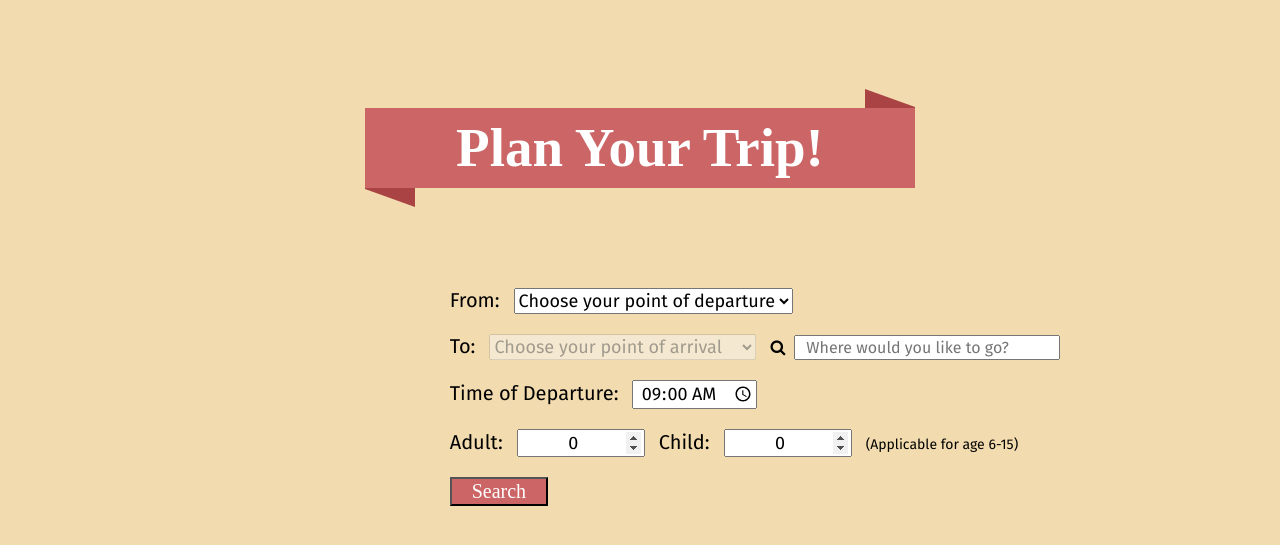
Repository: bbh0607/bae_dNation
Page: public/index.html
The author's editor kept a copy of each file at every save. The page is drawn from the files as they stood at one save, then again after the next save.
The browser window is 1280 px wide. The pictures show the whole page.
Some web fonts or font styles are not loaded; a fallback is used.

Above is the page before, as saved 2020-02-01 16:01:20.

### public/index.html
<!DOCTYPE html>
<html lang="en">
  <head>
    <meta charset="UTF-8" />
    <link rel="stylesheet" type="text/css" href="./css/style.css" />
    <link rel="stylesheet" href="https://fonts.googleapis.com/css?family=Fira+Sans">
    <link rel="stylesheet" href="https://cdnjs.cloudflare.com/ajax/libs/font-awesome/4.7.0/css/font-awesome.min.css">
    <script src="js/script.js"></script>
    <title>My Website</title>
  </head>
  <body>
    <h1>Plan Your Trip!</h1>
    <form action="result.html" method="POST">
      <ul>
        <li>
          <label for="from">From:</label>
          <select id="fromSelect" name="from" onchange="removeDuplicate(this)" required>
            <option value="DEFAULT" selected disabled hidden>Choose your point of departure</option>
            <option value="KLIA">KLIA (KL International Airport)</option>
            <option value="KLIA2">KLIA2 (Airport Terminal 2)</option>
            <option value="SENTRAL">KL Sentral</option>
            <option value="OTHER">Other..</option>
          </select>
          <span class="fromSearch" hidden>
            <i class="fa fa-search icon"></i>
            <input type="text" name="search" placeholder="Where would you like to start?">
          </span>
        </li>
        <li>
          <label for="to">To:</label>
          <select id="toSelect" name="to" onchange="removeDuplicate(this)" disabled required>
            <option value="DEFAULT" selected disabled hidden>Choose your point of arrival</option>
            <option value="KLIA">KLIA (KL International Airport)</option>
            <option value="KLIA2">KLIA2 (Airport Terminal 2)</option>
            <option value="SENTRAL">KL Sentral</option>
            <option value="OTHER">Other..</option>
          </select>
          <span class="toSearch" >
            <i class="fa fa-search icon"></i>
            <input type="text" name="search" placeholder="Where would you like to go?">
          </span>
        </li>
        <li>
          <label for="deptime">Time of Departure:</label>
          <input type="time" id="deptime" name="deptime" value="09:00" required>
        </li>
        <li>
          <label for="adult">Adult:</label>
          <input type="number" id="adult" name="adult" value="0" min='0' required>
          <label for="child">Child:</label>
          <input type="number" id="child" name="child" value="0" min='0' required>
          <small>(Applicable for age 6-15)</small>
        </li>
        <li>
          <input type="submit" value="Search">
        </li>
      </ul>
    </form a>
  </body>
</html>

### public/css/style.css
/* body {
  background-color: aquamarine;
} */

@import url(https://fonts.googleapis.com/css?family=Patua+One);

body {
  background-color:#F2DBAE;
  align-content: center;
}

h1 {
  background-color:#c66;
  width:550px; height:80px;
  line-height:80px;
  font-size:55px;
  text-align:center;
  position:relative;
  margin:100px auto;
  font-family: 'Patua One', cursive;
  color:#fff;
  }

h1:before, h1:after {
  background-color:#a44;
  width:50px; height:80px;
  content:'';
  display:block;
  transform:skewY(20deg);
  position:absolute;
  z-index:-1;
}

h1:before {top:10px; left:0; }
h1:after {top:-10px; right:0; }

label {
  font-size: 20px;
  font-family: "Fira Sans", sans-serif;
  margin-right: 10px;
}

ul {
  list-style-type: none;
  justify-self: center;
  margin-left: 200px;
}

li {
  margin-top: 20px;
}

select {
  font-family: "Fira Sans", sans-serif;
  font-size: 18px;
  margin-right: 10px;
}

input[type="submit"]{
  background-color: #c66;
  color: #fff;
  font-size: 20px;
  font-family: 'Patua One', cursive;
  padding-left: 20px;
  padding-right: 20px;
}

input[type="time"], input[type="number"]{
  width: 120px;
  text-align: center;
  font-family: "Fira Sans", sans-serif;
  font-size: 18px;
  margin-right: 10px;
}

input[type="text"] {
  width: 250px;
  font-family: "Fira Sans", sans-serif;
  font-size: 16px;
  margin-right: 10px;
  padding-left: 10px;
}

small {
  font-family: "Fira Sans", sans-serif;
  font-size: 14px;
}

input[type='number']::-webkit-inner-spin-button,
input[type='number']::-webkit-outer-spin-button {
    opacity: 1;
}

input[type='time']::-webkit-inner-spin-button,
input[type='time']::-webkit-outer-spin-button {
    opacity: 1;
}

.icon{
  margin-right: 5px;
}

### public/js/script.js
function removeDuplicate(element) {
    const changedId = element.id;
    const comparisonId = changedId == 'fromSelect'? 'toSelect': 'fromSelect';
    const changed = document.getElementById(changedId);
    const compare = document.getElementById(comparisonId);

    if (
      changed.options[changed.selectedIndex].value ===
      compare.options[compare.selectedIndex].value
    ) compare.value="DEFAULT"

    document.getElementById(comparisonId).disabled = false;
}

After the next save:
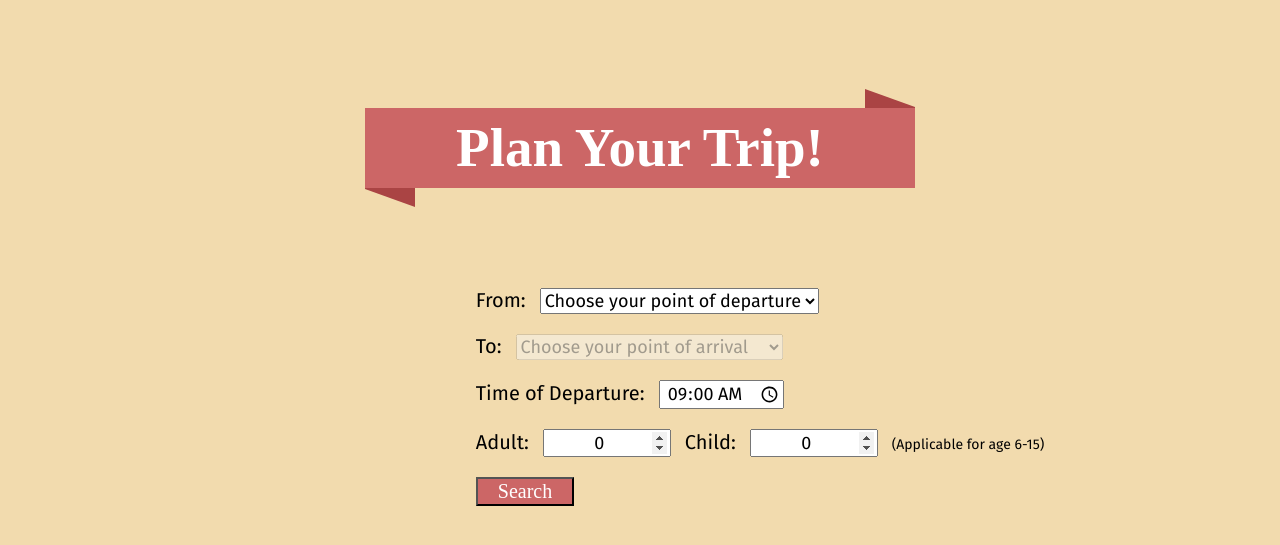
Saved 12 s later.
--- a/public/index.html
+++ b/public/index.html
@@ -35,7 +35,7 @@
             <option value="SENTRAL">KL Sentral</option>
             <option value="OTHER">Other..</option>
           </select>
-          <span class="toSearch" >
+          <span class="toSearch" hidden>
             <i class="fa fa-search icon"></i>
             <input type="text" name="search" placeholder="Where would you like to go?">
           </span>
